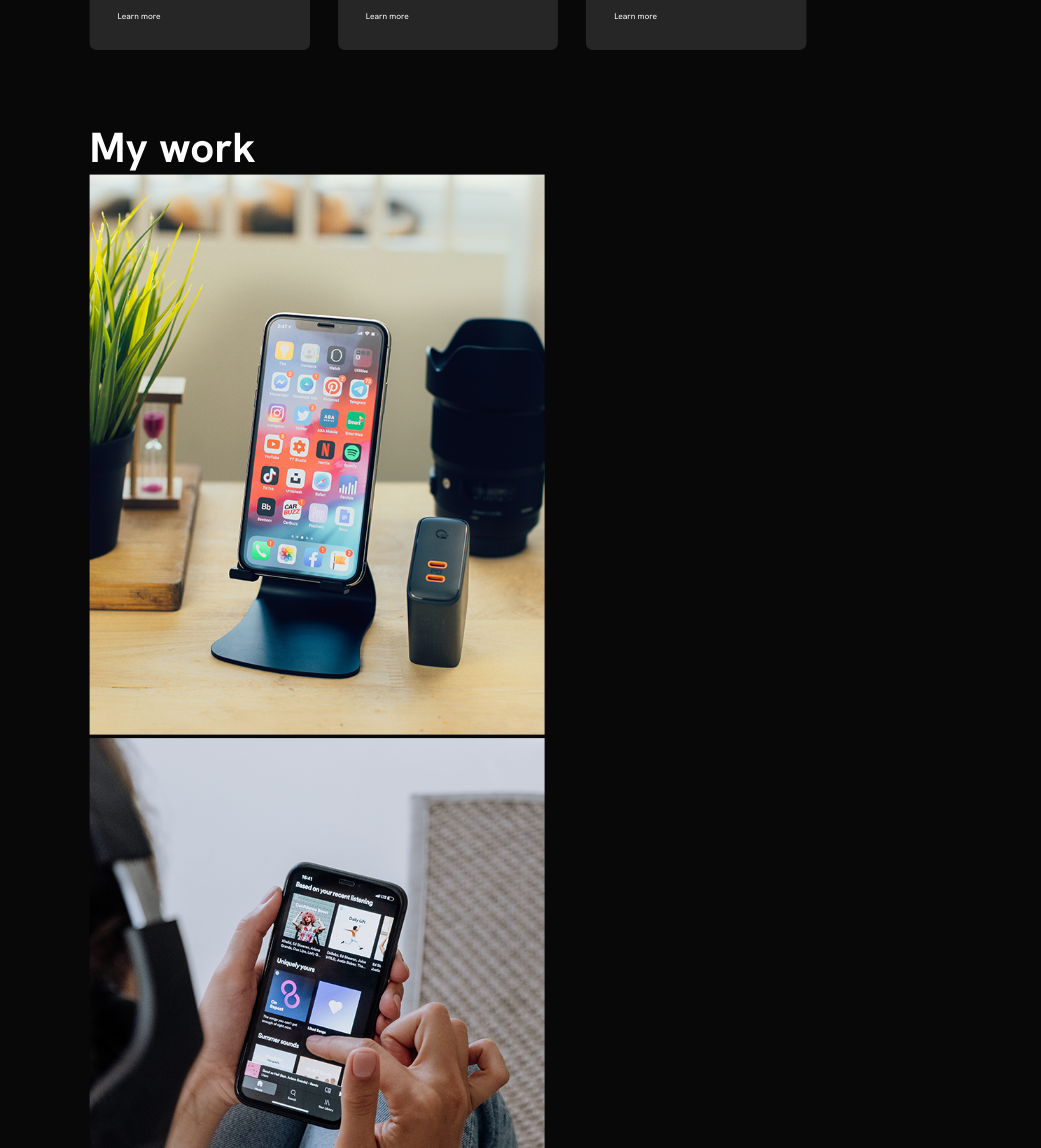
Repository: devsajid/Portfolio-website-with-HTML-CSS-JS
Page: index.html
The author's editor kept a copy of each file at every save. The page is drawn from the files as they stood at one save, then again after a run of saves.
The browser window is 1280 px wide. The page is 1280 px wide, then 1487 px, so the pictures cover 1487 px, including what lies to the right of the window. The pictures show the part of the page from y = 1768 to 3408 px (the page is 4493 px tall before and 2933 px after), at 70% of full size.

Above is the page before, as saved 2022-12-26 09:03:45.

After the next 11 saves:
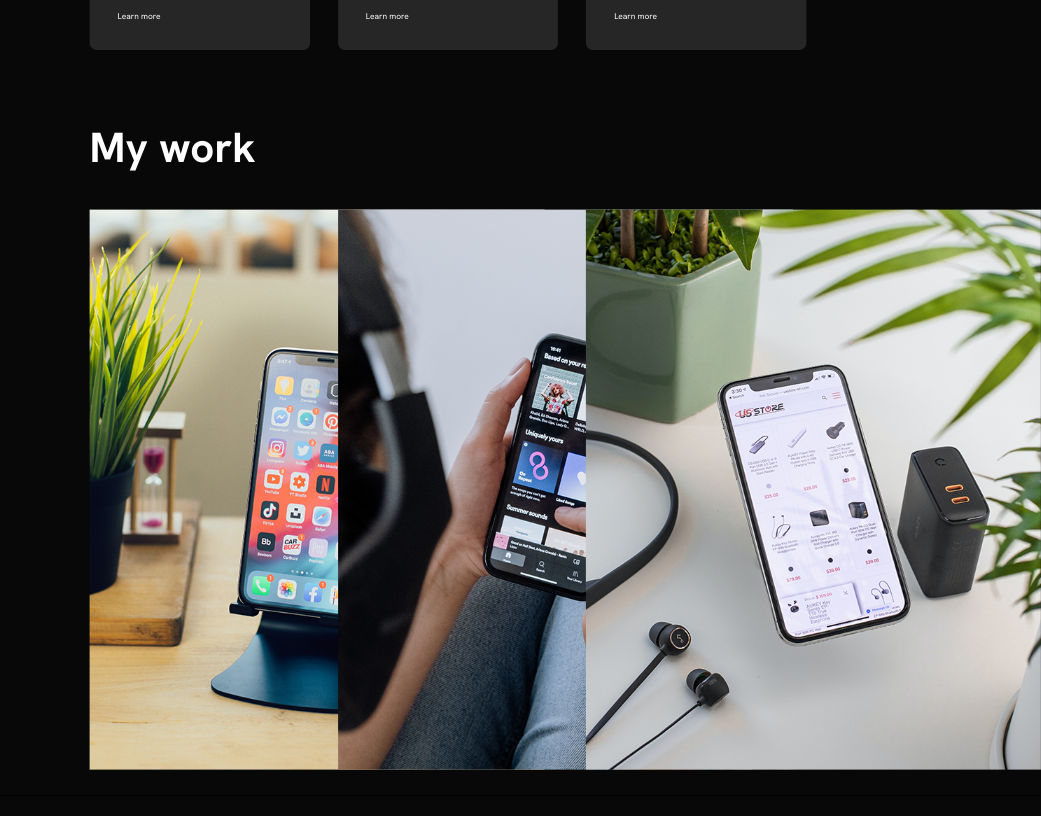
The 11 saves are shown as one change because they came seconds apart.
The last was saved 24 s later.
--- a/style.css
+++ b/style.css
@@ -186,7 +186,7 @@
 #portfolio {
   padding: 50px 0;
 }
- {
+.work-list {
   display: grid;
   grid-template-columns: repeat(auto-fit, minmax(250px, 1fr));
   grid-gap: 40px;
